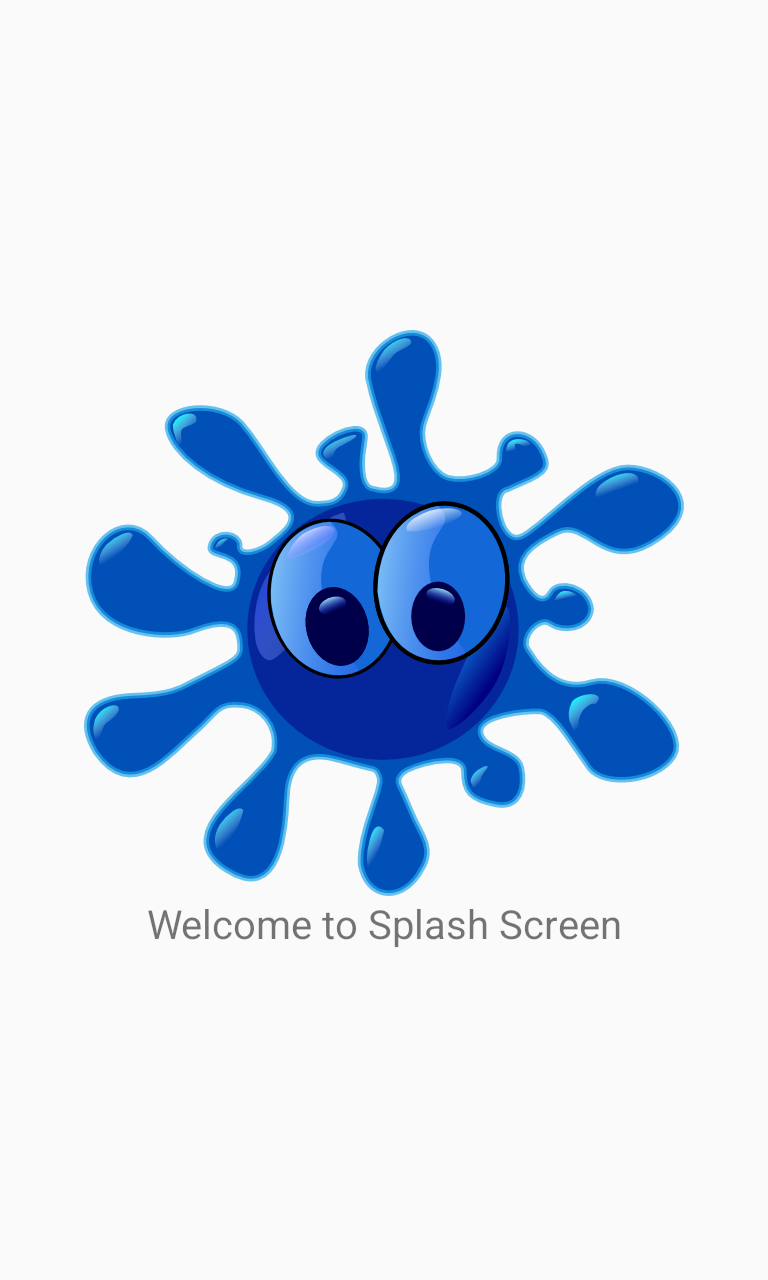
Repository: AlvaroCortez/Assigment1
Layout: SplashScreen/res/layout/activity_main.xml
The author's editor kept a copy of each file at every save. The layout is drawn from the files as they stood at one save, then again after the next save.
It is drawn on a 768 x 1280 px phone screen (xhdpi) without system bars, with theme AppTheme; the app's code is not run.

Above is the layout before, as saved 2014-04-27 18:57:07.

### SplashScreen/res/layout/activity_main.xml
<LinearLayout xmlns:android="http://schemas.android.com/apk/res/android"
    xmlns:tools="http://schemas.android.com/tools"
    android:layout_width="fill_parent"
    android:layout_height="fill_parent"
    android:gravity="center"
    android:orientation="vertical" >

    <ImageView
        android:layout_width="wrap_content"
        android:layout_height="wrap_content"
        android:contentDescription="@string/app_name"
        android:src="@drawable/splash" >
    </ImageView>

    <TextView
        android:id="@+id/splash_message"
        android:layout_width="fill_parent"
        android:layout_height="wrap_content"
         android:gravity="center_horizontal"
        android:text="@string/splash_message"
        android:textSize="20sp" >
    </TextView>

</LinearLayout>

### SplashScreen/res/values/strings.xml
<?xml version="1.0" encoding="utf-8"?>
<resources>
    <string name="app_name">SplashScreen</string>
    <string name="hello_world">Hello world!</string>
    <string name="menu_settings">Settings</string>
    <string name="title_activity_main">MainActivity</string>
    <string name="action_settings">MainActivity</string>
    <string name="title_activity_demo">Splash Screen</string>
    <string name="splash_message">Welcome to Splash Screen</string>
    <string name="demo_message">Home Screen</string>
</resources>

Loaded but not shown: SplashScreen/res/values/styles.xml (common file); SplashScreen/res/values-v11/styles.xml (common file); SplashScreen/res/values-v14/styles.xml (common file)

After the next save:
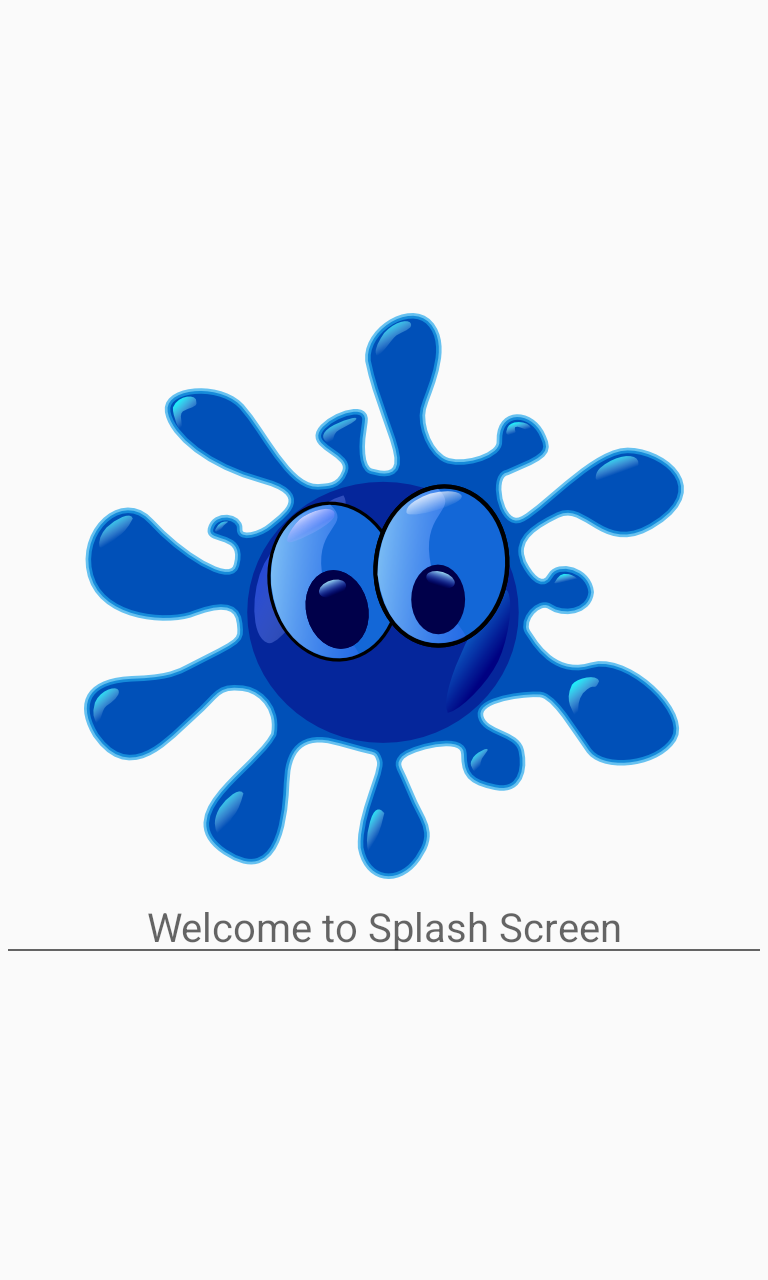
Saved 66 s later.
--- a/SplashScreen/res/layout/activity_main.xml
+++ b/SplashScreen/res/layout/activity_main.xml
@@ -12,13 +12,13 @@
         android:src="@drawable/splash" >
     </ImageView>
 
-    <TextView
+    <EditText
         android:id="@+id/splash_message"
         android:layout_width="fill_parent"
         android:layout_height="wrap_content"
          android:gravity="center_horizontal"
-        android:text="@string/splash_message"
+        android:hint="@string/splash_message"
         android:textSize="20sp" >
-    </TextView>
+    </EditText>
 
 </LinearLayout>

After the save that followed:
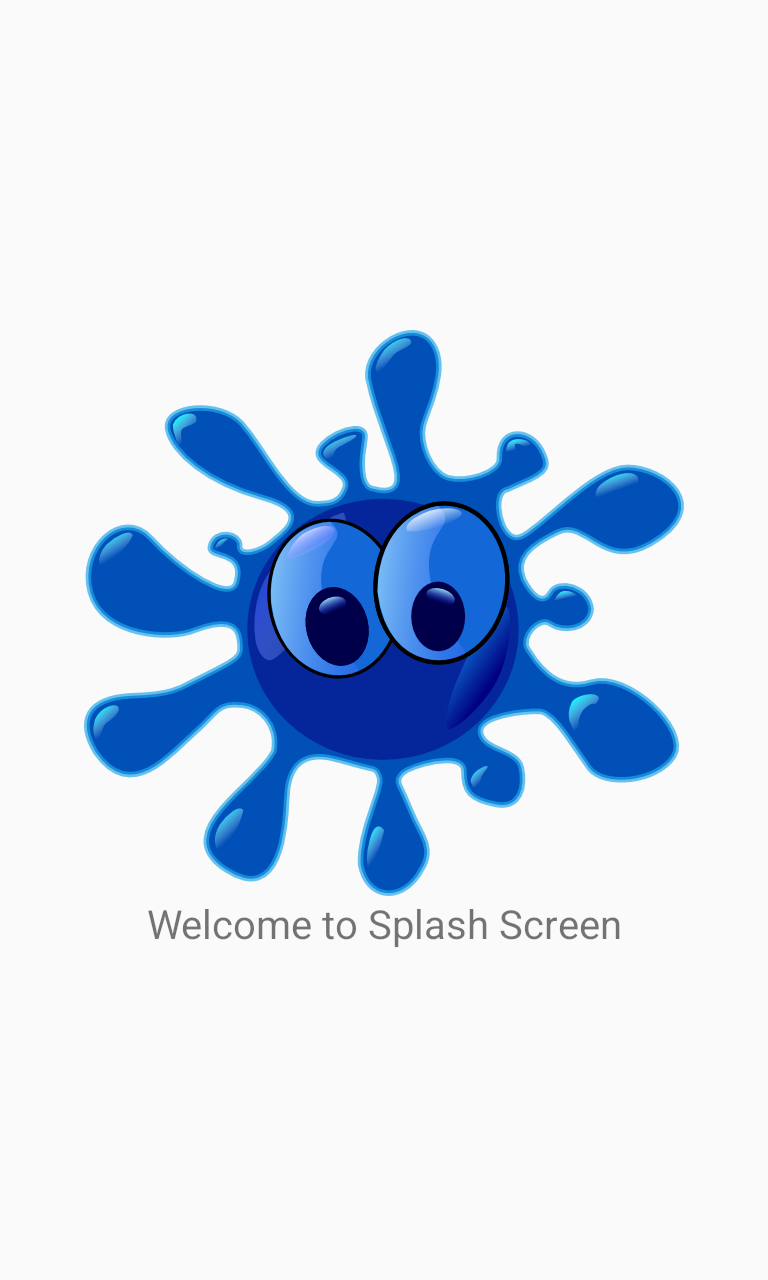
Saved 43 s later.
--- a/SplashScreen/res/layout/activity_main.xml
+++ b/SplashScreen/res/layout/activity_main.xml
@@ -12,13 +12,13 @@
         android:src="@drawable/splash" >
     </ImageView>
 
-    <EditText
+    <TextView
         android:id="@+id/splash_message"
         android:layout_width="fill_parent"
         android:layout_height="wrap_content"
          android:gravity="center_horizontal"
-        android:hint="@string/splash_message"
+        android:text="@string/splash_message"
         android:textSize="20sp" >
-    </EditText>
+    </TextView>
 
 </LinearLayout>
